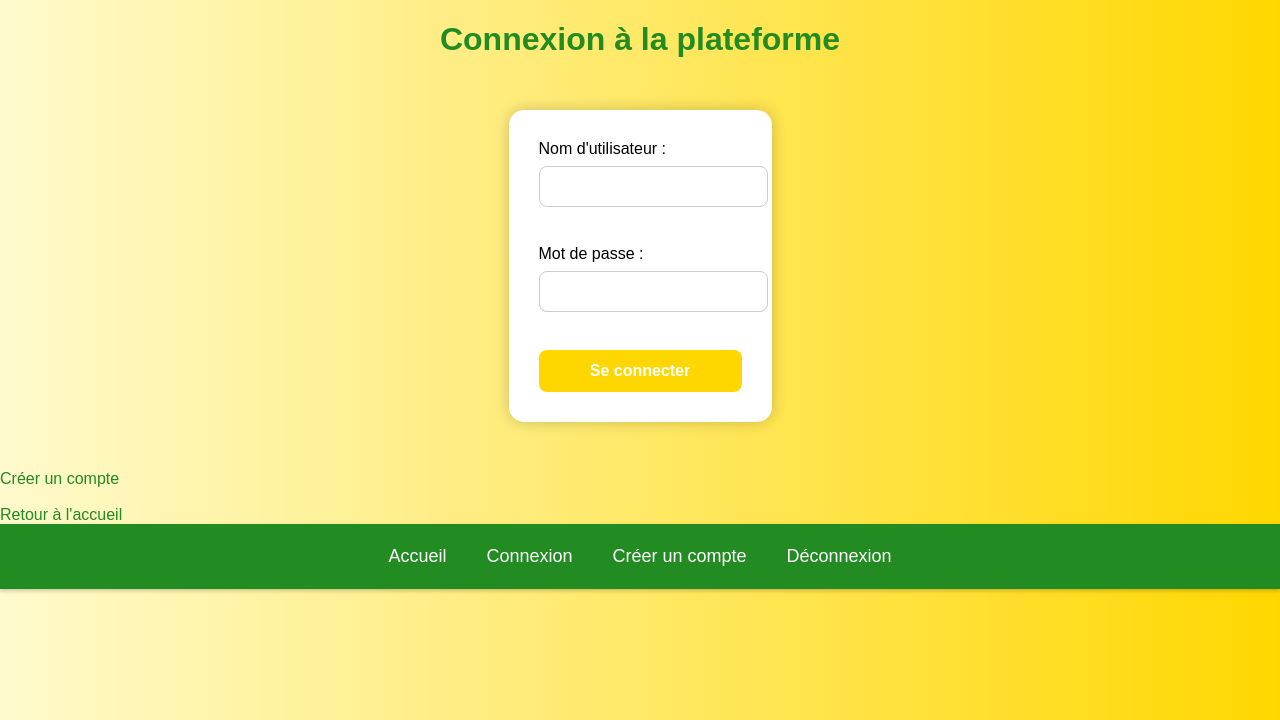
Repository: SouhailMar10/FOOD-MART
Page: http://localhost/login?next=%2Fdashboard_personnel
These files come from the project's save history. The page is drawn as it stood at one moment and after the next save; the edit follows.
The browser window is 1280 px wide. The pictures show the whole page.
The page is served by the project's application, run on Flask 3 (app.py). Other server files are loaded and not shown.

Above is the page before, as saved 2025-04-27 01:06:04.

### templates/login.html
<!DOCTYPE html>
<html lang="fr">
<head>
    <meta charset="UTF-8">
    <title>Connexion</title>
    <link rel="stylesheet" href="{{ url_for('static', filename='style.css') }}">
</head>
<body>
    <h1>Connexion à la plateforme</h1>

    {% with messages = get_flashed_messages() %}
      {% if messages %}
        {% for message in messages %}
          <p style="color: red;">{{ message }}</p>
        {% endfor %}
      {% endif %}
    {% endwith %}

    <form action="/login" method="POST" autocomplete="off">
        <!-- Champ caché anti-autofill -->
        <input type="text" name="fakeusernameremembered" style="display:none">
        <input type="password" name="fakepasswordremembered" style="display:none">

        <label for="username">Nom d'utilisateur :</label><br>
        <input type="text" id="username" name="username" required autocomplete="new-username"><br><br>

        <label for="password">Mot de passe :</label><br>
        <input type="password" id="password" name="password" required autocomplete="new-password"><br><br>

        <input type="submit" value="Se connecter">
    </form>

    <br>
    <a href="/register">Créer un compte</a><br>
    <a href="/">Retour à l'accueil</a>
</body>
<nav class="navbar">
    <div class="navbar-container">
        <a href="/">Accueil</a>
        <a href="/login">Connexion</a>
        <a href="/register">Créer un compte</a>
        <a href="/logout">Déconnexion</a>
    </div>
</nav>

</html>

### app.py
from flask import Flask, render_template, request, redirect, url_for, flash
from flask_login import LoginManager, UserMixin, login_user, login_required, logout_user, current_user
from blockchain import Blockchain
import sqlite3
import os

app = Flask(__name__)
app.secret_key = 'ta_cle_secrete_super_secrete'  # Important pour la sécurité

# Initialiser la Blockchain
food_chain = Blockchain()

# Initialiser Flask-Login
login_manager = LoginManager()
login_manager.init_app(app)
login_manager.login_view = 'login'

# Classe User pour Flask-Login
class User(UserMixin):
    def __init__(self, id, username, password, role):
        self.id = id
        self.username = username
        self.password = password
        self.role = role

# Charger un utilisateur
@login_manager.user_loader
def load_user(user_id):
    connection = sqlite3.connect('database.db')
    cursor = connection.cursor()
    cursor.execute("SELECT id, username, password, role FROM users WHERE id = ?", (user_id,))
    user_data = cursor.fetchone()
    connection.close()
    if user_data:
        return User(*user_data)
    return None

# Créer la base de données SQLite s'il n'y a pas encore
def init_db():
    if not os.path.exists('database.db'):
        connection = sqlite3.connect('database.db')
        cursor = connection.cursor()
        cursor.execute('''
            CREATE TABLE users (
                id INTEGER PRIMARY KEY AUTOINCREMENT,
                username TEXT UNIQUE NOT NULL,
                password TEXT NOT NULL,
                role TEXT NOT NULL
            )
        ''')
        connection.commit()
        connection.close()

# Appeler init_db au démarrage
init_db()

# Route inscription
@app.route('/register', methods=['GET', 'POST'])
def register():
    if request.method == 'POST':
        username = request.form['username']
        password = request.form['password']
        role = request.form['role']  # Personnel ou Client

        connection = sqlite3.connect('database.db')
        cursor = connection.cursor()

        try:
            cursor.execute("INSERT INTO users (username, password, role) VALUES (?, ?, ?)", (username, password, role))
            connection.commit()
            flash('Compte créé avec succès, veuillez vous connecter.')
            return redirect(url_for('login'))
        except sqlite3.IntegrityError:
            flash('Ce nom d’utilisateur est déjà utilisé.')
            return redirect(url_for('register'))
        finally:
            connection.close()

    return render_template('register.html')


@app.route('/login', methods=['GET', 'POST'])
def login():
    if request.method == 'POST':
        username = request.form['username']
        password = request.form['password']

        connection = sqlite3.connect('database.db')
        cursor = connection.cursor()
        cursor.execute("SELECT id, username, password, role FROM users WHERE username = ?", (username,))
        user_data = cursor.fetchone()
        connection.close()

        if user_data and user_data[2] == password:
            user = User(*user_data)
            login_user(user)
            flash('Connexion réussie.')
            if user.role == "Personnel":
                return redirect(url_for('dashboard_personnel'))
            else:
                return redirect(url_for('dashboard_client'))
        else:
            flash('Identifiant ou mot de passe incorrect.')
            return redirect(url_for('login'))

    return render_template('login.html')


# Tableau de bord pour le Personnel
@app.route('/dashboard_personnel', methods=['GET', 'POST'])
@login_required
def dashboard_personnel():
    if current_user.role != "Personnel":
        flash("Accès refusé.")
        return redirect(url_for('login'))

    if request.method == 'POST':
        product_id = request.form['product_id']
        event = request.form['event']
        location = request.form['location']

        food_chain.add_block(product_id, event, location)
        flash('Produit ajouté à la blockchain avec succès.')

    # Envoyer toute la blockchain sauf le bloc Genesis (index 0)
    products = food_chain.chain[1:]  # On enlève le tout premier bloc ("Début de la traçabilité")
    return render_template('dashboard_personnel.html', username=current_user.username, products=products)

# Tableau de bord pour le Client
@app.route('/dashboard_client', methods=['GET', 'POST'])
@login_required
def dashboard_client():
    if current_user.role != "Client":
        flash("Accès refusé.")
        return redirect(url_for('login'))

    history = []
    if request.method == 'POST':
        product_id = request.form['product_id']

        # Chercher tous les blocs liés à ce produit
        history = [block for block in food_chain.chain if block.product_id == product_id]

    return render_template('dashboard_client.html', username=current_user.username, history=history)


@app.route('/logout')
@login_required
def logout():
    logout_user()
    flash("Vous êtes déconnecté.")
    return redirect(url_for('login'))


@app.route('/')
def home():
    return render_template('home.html')









if __name__ == "__main__":
    app.run(debug=True)

### blockchain_data.json
[
    {
        "index": 0,
        "timestamp": 1745688203.6056602,
        "product_id": "0",
        "event": "D\u00e9but de la tra\u00e7abilit\u00e9",
        "location": "Origine",
        "previous_hash": "0",
        "hash": "6d1b47e2801f67e56fe7556b3627601eb9d111e0b5f0f5629c99d8c7a9abc122"
    },
    {
        "index": 1,
        "timestamp": 1745723338.360925,
        "product_id": "MANGUE1020",
        "event": "recolte",
        "location": "ferme tropicale",
        "previous_hash": "6d1b47e2801f67e56fe7556b3627601eb9d111e0b5f0f5629c99d8c7a9abc122",
        "hash": "316a8a35667de9a6ac64528fd6853a65b783c7ef0dfb80a0f0df2b15d60fd386"
    },
    {
        "index": 2,
        "timestamp": 1745724468.887633,
        "product_id": "MANGUE1020",
        "event": "transformation",
        "location": "usine du Nord",
        "previous_hash": "316a8a35667de9a6ac64528fd6853a65b783c7ef0dfb80a0f0df2b15d60fd386",
        "hash": "ee967f10da62093e403cb924ab9786ad74276dacc5f5e725c577fad764c8b2af"
    },
    {
        "index": 3,
        "timestamp": 1745726939.611038,
        "product_id": "MANGUE1020",
        "event": "emballage",
        "location": "usine du Nord zone Z ",
        "previous_hash": "ee967f10da62093e403cb924ab9786ad74276dacc5f5e725c577fad764c8b2af",
        "hash": "72fd547f836a1071c2e1bd052b796bdbc448899c4d23839c86ab134acdc84639"
    },
    {
        "index": 4,
        "timestamp": 1745765712.621973,
        "product_id": "pomme 2022",
        "event": "recolte",
        "location": "ferme equatoriale",
        "previous_hash": "72fd547f836a1071c2e1bd052b796bdbc448899c4d23839c86ab134acdc84639",
        "hash": "fe28619183ee5527b162491c3c3f8b327de1aa44bc0649cecf02f85b2173f4e9"
    }
]

### static/style.css
/* Style général */
body {
    font-family: 'Arial', sans-serif;
    background: linear-gradient(to right, #FFFACD, #FFD700); /* dégradé jaune doux */
    margin: 0;
    padding: 0;
    min-height: 100vh;
    display: flex;
    flex-direction: column;
}

/* Titres */
h1, h2, p {
    text-align: center;
    color: #228B22; /* vert nature */
}

/* Formulaires */
form {
    background: #ffffff;
    max-width: 400px;
    margin: 30px auto;
    padding: 30px;
    border-radius: 15px;
    box-shadow: 0px 0px 15px rgba(0, 0, 0, 0.2);
}

/* Inputs */
input[type="text"],
input[type="password"],
select {
    width: 100%;
    padding: 12px;
    margin: 8px 0 20px 0;
    border: 1px solid #ccc;
    border-radius: 8px;
}

/* Boutons */
input[type="submit"],
button {
    background-color: #FFD700; /* jaune doux */
    color: #ffffff;
    padding: 12px 20px;
    border: none;
    border-radius: 8px;
    cursor: pointer;
    font-size: 16px;
    width: 100%;
    font-weight: bold;
}

input[type="submit"]:hover,
button:hover {
    background-color: #FFC300; /* jaune plus intense au survol */
}

/* Footer */
footer {
    margin-top: auto;
    background: #228B22; /* vert nature */
    color: #ffffff;
    text-align: center;
    padding: 15px 0;
    font-size: 14px;
}

/* Liens */
a {
    text-decoration: none;
    color: #228B22;
}

a:hover {
    text-decoration: underline;
}
/* Animation d'apparition lente */
.fade-in {
    animation: fadeIn 2s ease-in;
}

@keyframes fadeIn {
    0% { opacity: 0; transform: translateY(-20px); }
    100% { opacity: 1; transform: translateY(0); }
}
/* Frise chronologique */
.timeline {
    position: relative;
    max-width: 800px;
    margin: 20px auto;
}

.timeline::after {
    content: '';
    position: absolute;
    width: 6px;
    background-color: #228B22;
    top: 0;
    bottom: 0;
    left: 50%;
    margin-left: -3px;
}

.timeline-event {
    padding: 20px;
    position: relative;
    background-color: inherit;
    width: 50%;
}

.timeline-event::after {
    content: '';
    position: absolute;
    width: 20px;
    height: 20px;
    right: -10px;
    background-color: #FFD700;
    border: 4px solid #228B22;
    top: 15px;
    border-radius: 50%;
    z-index: 1;
}

.left {
    left: 0;
}

.right {
    left: 50%;
}

.timeline-event-content {
    background-color: #fff;
    padding: 20px;
    border-radius: 6px;
    box-shadow: 0 2px 10px rgba(0,0,0,0.1);
}
/* Navbar */
.navbar {
    background-color: #228B22; /* vert nature */
    overflow: hidden;
    padding: 10px 0;
    box-shadow: 0 2px 4px rgba(0,0,0,0.2);
}

.navbar-container {
    display: flex;
    justify-content: center;
    align-items: center;
}

.navbar-container a {
    color: white;
    text-align: center;
    padding: 12px 20px;
    text-decoration: none;
    font-size: 18px;
    transition: background-color 0.3s;
}

.navbar-container a:hover {
    background-color: #FFD700; /* Jaune doux au hover */
    color: #333;
    border-radius: 8px;
}

After the next save:
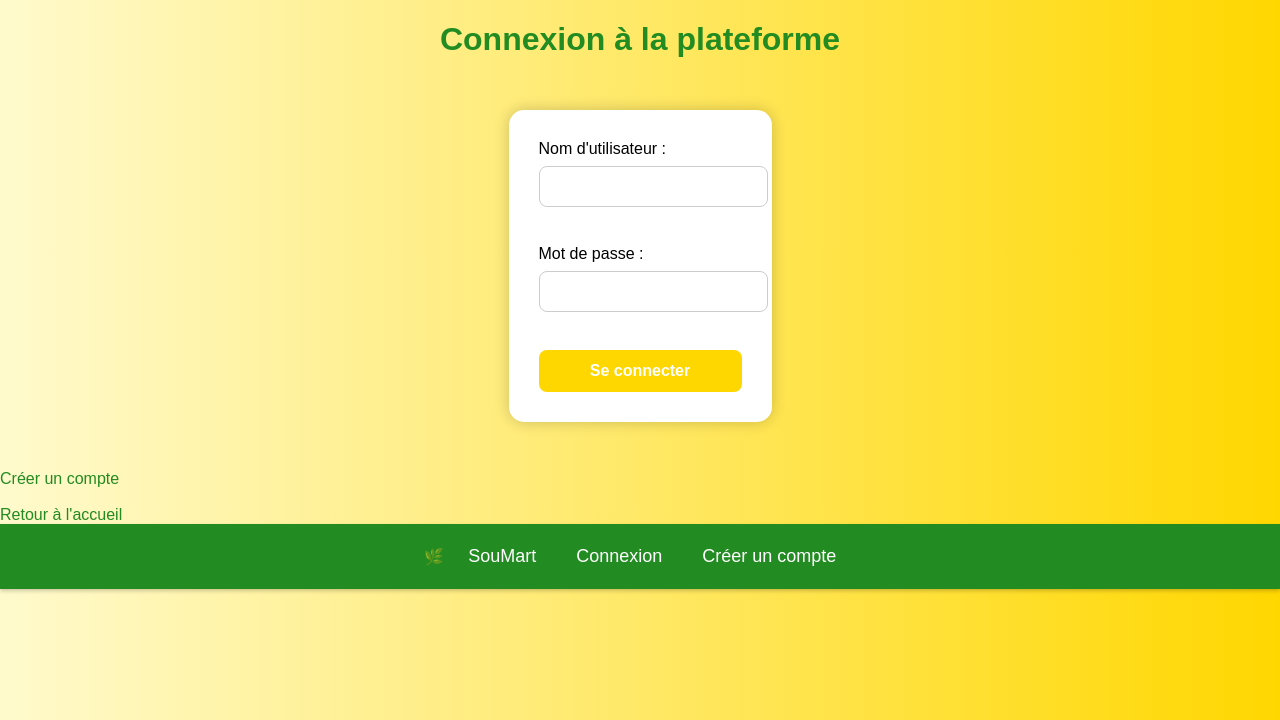
Saved 5 s later.
--- a/templates/login.html
+++ b/templates/login.html
@@ -36,11 +36,23 @@
 </body>
 <nav class="navbar">
     <div class="navbar-container">
-        <a href="/">Accueil</a>
-        <a href="/login">Connexion</a>
-        <a href="/register">Créer un compte</a>
-        <a href="/logout">Déconnexion</a>
+        <div class="navbar-brand">
+            🌿 <a href="/" class="brand-name">SouMart</a>
+        </div>
+
+        {% if current_user.is_authenticated %}
+            {% if current_user.role == 'Personnel' %}
+                <a href="/dashboard_personnel">Tableau de bord (Personnel)</a>
+            {% elif current_user.role == 'Client' %}
+                <a href="/dashboard_client">Tableau de bord (Client)</a>
+            {% endif %}
+            <a href="/logout">Déconnexion</a>
+        {% else %}
+            <a href="/login">Connexion</a>
+            <a href="/register">Créer un compte</a>
+        {% endif %}
     </div>
 </nav>
 
+
 </html>
